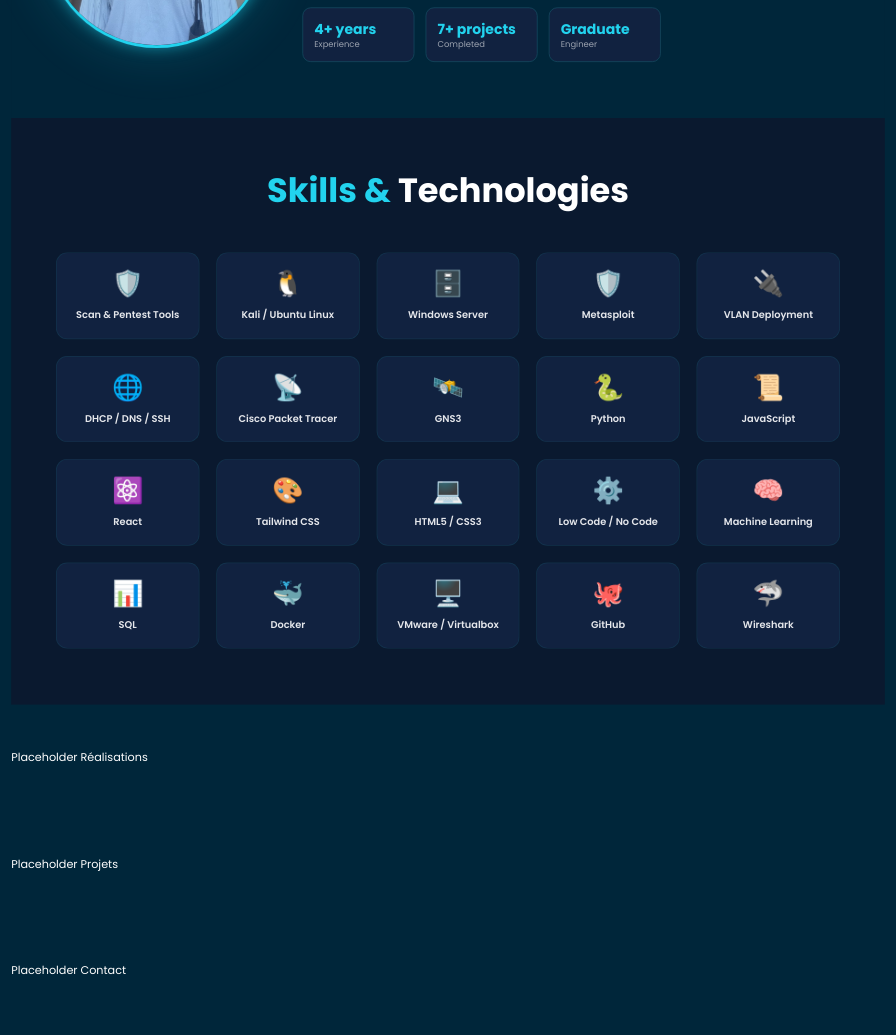
Repository: AntaaaKD/Mon-Portfolio
Page: /
The author's editor kept a copy of each file at every save. The page is drawn from the files as they stood at one save, then again after the next save.
The browser window is 1280 px wide. The pictures show the part of the page from y = 1251 to 3171 px (the page is 2730 px tall before and 3388 px after), at 70% of full size.
The project was rebuilt for these pictures with package versions that can differ from the ones it lists, and the page was loaded fresh each time.

Above is the page before, as saved 2026-01-14 23:19:35.

After the next save:
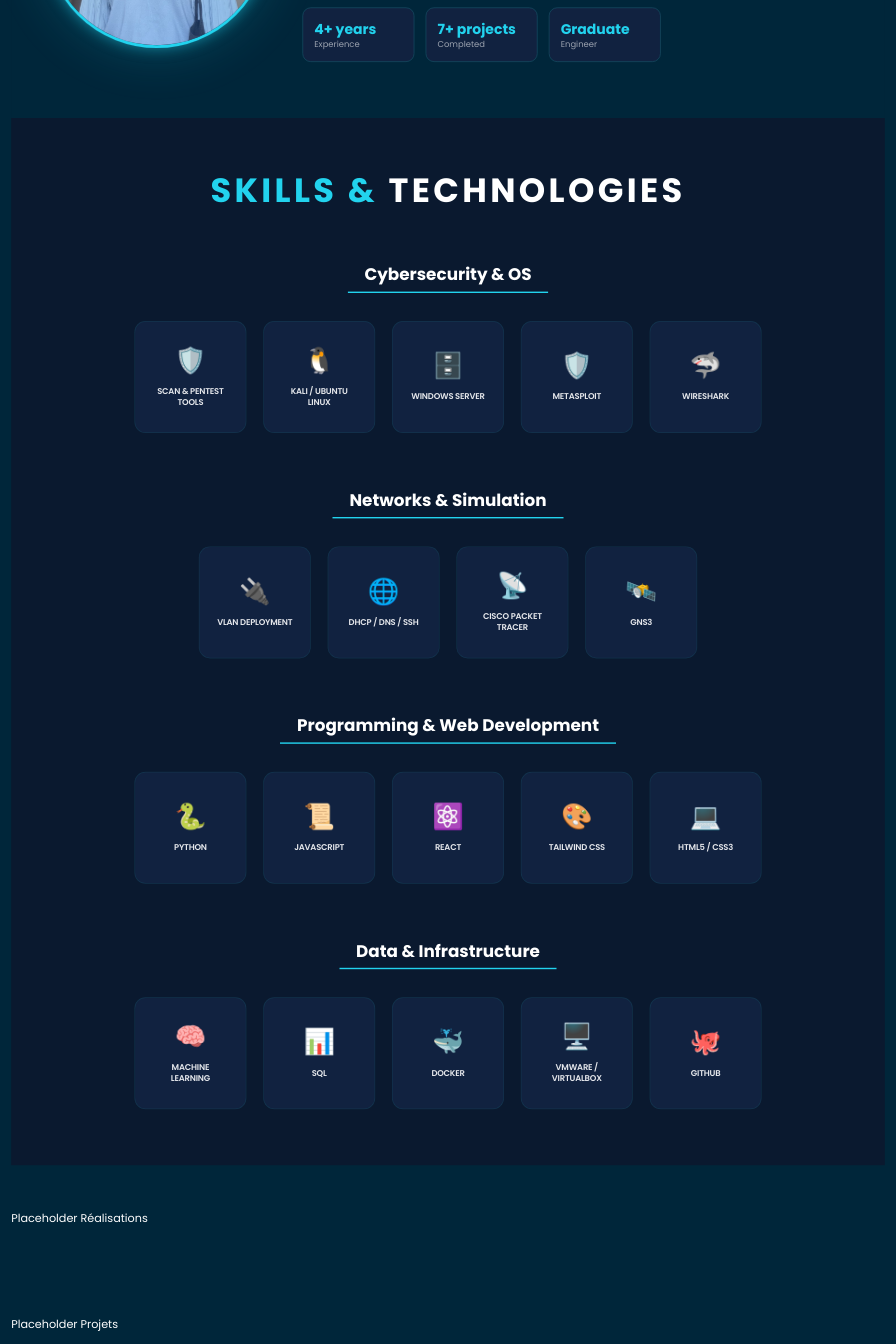
Saved 2 min 46 s later.
--- a/src/components/Skills.jsx
+++ b/src/components/Skills.jsx
@@ -1,57 +1,79 @@
 import React from 'react';
 
 const Skills = () => {
-  const allSkills = [
-    // Cybersecurity & OS
-    { name: 'Scan & Pentest Tools', icon: '🛡️' },
-    { name: 'Kali / Ubuntu Linux', icon: '🐧' },
-    { name: 'Windows Server', icon: '🗄️' },
-    { name: 'Metasploit', icon: '🛡️' },
-
-    // Networks & Simulation
-    { name: 'VLAN Deployment', icon: '🔌' },
-    { name: 'DHCP / DNS / SSH', icon: '🌐' },
-    { name: 'Cisco Packet Tracer', icon: '📡' },
-    { name: 'GNS3', icon: '🛰️' },
-
-    // Programming & Web
-    { name: 'Python', icon: '🐍' },
-    { name: 'JavaScript', icon: '📜' },
-    { name: 'React', icon: '⚛️' },
-    { name: 'Tailwind CSS', icon: '🎨' },
-    { name: 'HTML5 / CSS3', icon: '💻' },
-    { name: 'Low Code / No Code', icon: '⚙️' },
-
-    // Data & Tools
-    { name: 'Machine Learning', icon: '🧠' },
-    { name: 'SQL', icon: '📊' },
-    { name: 'Docker', icon: '🐳' },
-    { name: 'VMware / Virtualbox', icon: '🖥️' },
-    { name: 'GitHub', icon: '🐙' },
-    { name: 'Wireshark', icon: '🦈' }
+  const skillCategories = [
+    {
+      domain: "Cybersecurity & OS",
+      tools: [
+        { name: 'Scan & Pentest Tools', icon: '🛡️' },
+        { name: 'Kali / Ubuntu Linux', icon: '🐧' },
+        { name: 'Windows Server', icon: '🗄️' },
+        { name: 'Metasploit', icon: '🛡️' },
+        { name: 'Wireshark', icon: '🦈' }
+      ]
+    },
+    {
+      domain: "Networks & Simulation",
+      tools: [
+        { name: 'VLAN Deployment', icon: '🔌' },
+        { name: 'DHCP / DNS / SSH', icon: '🌐' },
+        { name: 'Cisco Packet Tracer', icon: '📡' },
+        { name: 'GNS3', icon: '🛰️' }
+      ]
+    },
+    {
+      domain: "Programming & Web Development",
+      tools: [
+        { name: 'Python', icon: '🐍' },
+        { name: 'JavaScript', icon: '📜' },
+        { name: 'React', icon: '⚛️' },
+        { name: 'Tailwind CSS', icon: '🎨' },
+        { name: 'HTML5 / CSS3', icon: '💻' }
+      ]
+    },
+    {
+      domain: "Data & Infrastructure",
+      tools: [
+        { name: 'Machine Learning', icon: '🧠' },
+        { name: 'SQL', icon: '📊' },
+        { name: 'Docker', icon: '🐳' },
+        { name: 'VMware / Virtualbox', icon: '🖥️' },
+        { name: 'GitHub', icon: '🐙' }
+      ]
+    }
   ];
 
   return (
     <section id="skills" className="py-20 bg-[#0a192f] text-white">
-      <div className="max-w-6xl mx-auto px-4 text-center">
-        {/* Titre calqué sur le modèle image_41199f.png */}
-        <h2 className="text-5xl font-bold mb-16 text-cyan-400">
+      <div className="max-w-6xl mx-auto px-4">
+        <h2 className="text-5xl font-bold text-center mb-20 text-cyan-400 uppercase tracking-widest">
           Skills & <span className="text-white">Technologies</span>
         </h2>
 
-        {/* Grille d'outils individuels */}
-        <div className="grid grid-cols-2 sm:grid-cols-3 md:grid-cols-4 lg:grid-cols-5 gap-6">
-          {allSkills.map((skill, index) => (
-            <div
-              key={index}
-              className="bg-[#112240] p-6 rounded-2xl border border-cyan-900/40 flex flex-col items-center justify-center transition-all duration-300 hover:border-cyan-400 hover:-translate-y-2 hover:shadow-[0_0_15px_rgba(34,211,238,0.2)] group"
-            >
-              <div className="text-4xl mb-4 group-hover:scale-110 transition-transform">
-                {skill.icon}
+        <div className="space-y-20">
+          {skillCategories.map((category, idx) => (
+            <div key={idx} className="flex flex-col items-center">
+              {/* Titre du domaine bien centré */}
+              <h3 className="text-2xl font-bold mb-10 text-white border-b-2 border-cyan-400 pb-2 px-6">
+                {category.domain}
+              </h3>
+
+              {/* Grille des outils centrée */}
+              <div className="flex flex-wrap justify-center gap-6 w-full">
+                {category.tools.map((tool, index) => (
+                  <div
+                    key={index}
+                    className="bg-[#112240] p-6 rounded-2xl border border-cyan-900/40 flex flex-col items-center justify-center w-40 h-40 transition-all duration-300 hover:border-cyan-400 hover:-translate-y-2 hover:shadow-[0_0_20px_rgba(34,211,238,0.15)] group"
+                  >
+                    <div className="text-4xl mb-4 group-hover:scale-110 transition-transform">
+                      {tool.icon}
+                    </div>
+                    <h4 className="text-xs font-semibold text-gray-200 text-center uppercase tracking-tight">
+                      {tool.name}
+                    </h4>
+                  </div>
+                ))}
               </div>
-              <h3 className="text-sm font-semibold text-gray-200 text-center leading-tight">
-                {skill.name}
-              </h3>
             </div>
           ))}
         </div>

After the save that followed:
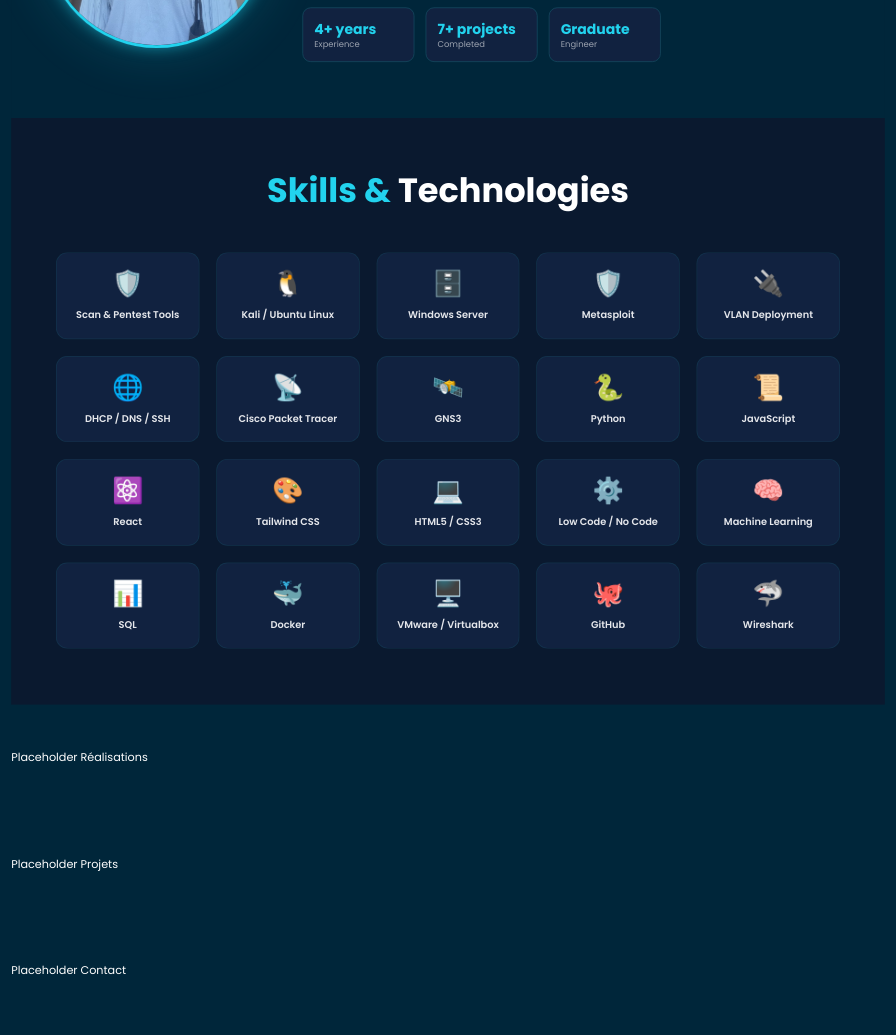
Saved 2 min 48 s later.
--- a/src/components/Skills.jsx
+++ b/src/components/Skills.jsx
@@ -1,79 +1,57 @@
 import React from 'react';
 
 const Skills = () => {
-  const skillCategories = [
-    {
-      domain: "Cybersecurity & OS",
-      tools: [
-        { name: 'Scan & Pentest Tools', icon: '🛡️' },
-        { name: 'Kali / Ubuntu Linux', icon: '🐧' },
-        { name: 'Windows Server', icon: '🗄️' },
-        { name: 'Metasploit', icon: '🛡️' },
-        { name: 'Wireshark', icon: '🦈' }
-      ]
-    },
-    {
-      domain: "Networks & Simulation",
-      tools: [
-        { name: 'VLAN Deployment', icon: '🔌' },
-        { name: 'DHCP / DNS / SSH', icon: '🌐' },
-        { name: 'Cisco Packet Tracer', icon: '📡' },
-        { name: 'GNS3', icon: '🛰️' }
-      ]
-    },
-    {
-      domain: "Programming & Web Development",
-      tools: [
-        { name: 'Python', icon: '🐍' },
-        { name: 'JavaScript', icon: '📜' },
-        { name: 'React', icon: '⚛️' },
-        { name: 'Tailwind CSS', icon: '🎨' },
-        { name: 'HTML5 / CSS3', icon: '💻' }
-      ]
-    },
-    {
-      domain: "Data & Infrastructure",
-      tools: [
-        { name: 'Machine Learning', icon: '🧠' },
-        { name: 'SQL', icon: '📊' },
-        { name: 'Docker', icon: '🐳' },
-        { name: 'VMware / Virtualbox', icon: '🖥️' },
-        { name: 'GitHub', icon: '🐙' }
-      ]
-    }
+  const allSkills = [
+    // Cybersecurity & OS
+    { name: 'Scan & Pentest Tools', icon: '🛡️' },
+    { name: 'Kali / Ubuntu Linux', icon: '🐧' },
+    { name: 'Windows Server', icon: '🗄️' },
+    { name: 'Metasploit', icon: '🛡️' },
+
+    // Networks & Simulation
+    { name: 'VLAN Deployment', icon: '🔌' },
+    { name: 'DHCP / DNS / SSH', icon: '🌐' },
+    { name: 'Cisco Packet Tracer', icon: '📡' },
+    { name: 'GNS3', icon: '🛰️' },
+
+    // Programming & Web
+    { name: 'Python', icon: '🐍' },
+    { name: 'JavaScript', icon: '📜' },
+    { name: 'React', icon: '⚛️' },
+    { name: 'Tailwind CSS', icon: '🎨' },
+    { name: 'HTML5 / CSS3', icon: '💻' },
+    { name: 'Low Code / No Code', icon: '⚙️' },
+
+    // Data & Tools
+    { name: 'Machine Learning', icon: '🧠' },
+    { name: 'SQL', icon: '📊' },
+    { name: 'Docker', icon: '🐳' },
+    { name: 'VMware / Virtualbox', icon: '🖥️' },
+    { name: 'GitHub', icon: '🐙' },
+    { name: 'Wireshark', icon: '🦈' }
   ];
 
   return (
     <section id="skills" className="py-20 bg-[#0a192f] text-white">
-      <div className="max-w-6xl mx-auto px-4">
-        <h2 className="text-5xl font-bold text-center mb-20 text-cyan-400 uppercase tracking-widest">
+      <div className="max-w-6xl mx-auto px-4 text-center">
+        {/* Titre calqué sur le modèle image_41199f.png */}
+        <h2 className="text-5xl font-bold mb-16 text-cyan-400">
           Skills & <span className="text-white">Technologies</span>
         </h2>
 
-        <div className="space-y-20">
-          {skillCategories.map((category, idx) => (
-            <div key={idx} className="flex flex-col items-center">
-              {/* Titre du domaine bien centré */}
-              <h3 className="text-2xl font-bold mb-10 text-white border-b-2 border-cyan-400 pb-2 px-6">
-                {category.domain}
+        {/* Grille d'outils individuels */}
+        <div className="grid grid-cols-2 sm:grid-cols-3 md:grid-cols-4 lg:grid-cols-5 gap-6">
+          {allSkills.map((skill, index) => (
+            <div
+              key={index}
+              className="bg-[#112240] p-6 rounded-2xl border border-cyan-900/40 flex flex-col items-center justify-center transition-all duration-300 hover:border-cyan-400 hover:-translate-y-2 hover:shadow-[0_0_15px_rgba(34,211,238,0.2)] group"
+            >
+              <div className="text-4xl mb-4 group-hover:scale-110 transition-transform">
+                {skill.icon}
+              </div>
+              <h3 className="text-sm font-semibold text-gray-200 text-center leading-tight">
+                {skill.name}
               </h3>
-
-              {/* Grille des outils centrée */}
-              <div className="flex flex-wrap justify-center gap-6 w-full">
-                {category.tools.map((tool, index) => (
-                  <div
-                    key={index}
-                    className="bg-[#112240] p-6 rounded-2xl border border-cyan-900/40 flex flex-col items-center justify-center w-40 h-40 transition-all duration-300 hover:border-cyan-400 hover:-translate-y-2 hover:shadow-[0_0_20px_rgba(34,211,238,0.15)] group"
-                  >
-                    <div className="text-4xl mb-4 group-hover:scale-110 transition-transform">
-                      {tool.icon}
-                    </div>
-                    <h4 className="text-xs font-semibold text-gray-200 text-center uppercase tracking-tight">
-                      {tool.name}
-                    </h4>
-                  </div>
-                ))}
-              </div>
             </div>
           ))}
         </div>
